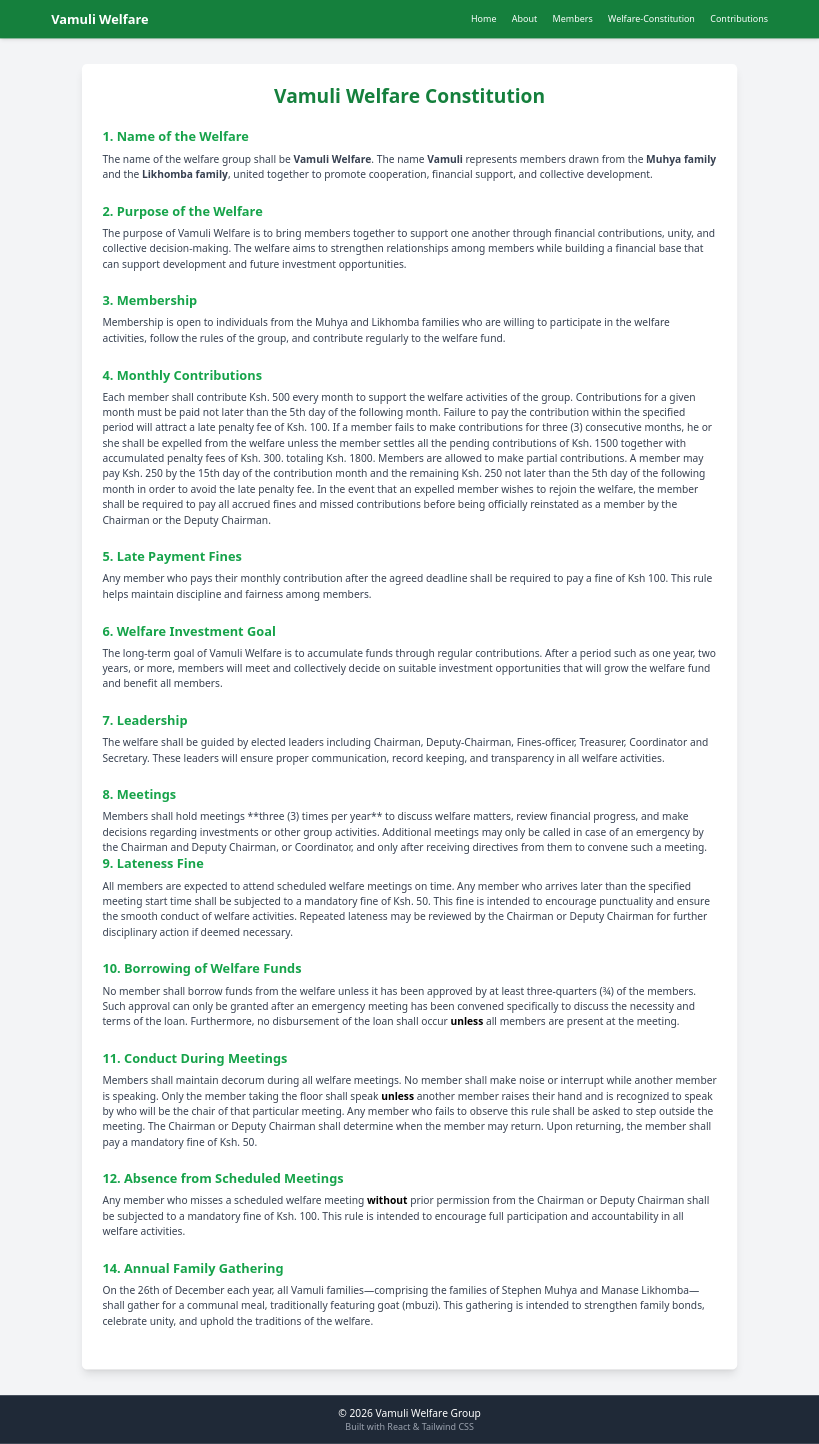
Repository: Engineer-collo/Vamuli-welfare
Page: /constitution
These files come from the project's save history. The page is drawn as it stood at one moment and after the next save; the edit follows.
The browser window is 1280 px wide. The pictures show the whole page, at 64% of full size.
The project was rebuilt for these pictures with package versions that can differ from the ones it lists, and the page was loaded fresh each time. Also part of the build but not shown: vite.config.js, src/pages/contributionsData.js, src/pages/Home.jsx, src/pages/Members.jsx, src/pages/ContributionsTable.jsx, src/pages/About.jsx.

Above is the page before, as saved 2026-03-16 16:24:25.

### index.html
<!doctype html>
<html lang="en">
  <head>
    <meta charset="UTF-8" />
    <link rel="icon" type="image/svg+xml" href="/favicon.svg" />
    <meta name="viewport" content="width=device-width, initial-scale=1.0" />
    <title>vamuli-welfare</title>
  </head>
  <body>
    <div id="root"></div>
    <script type="module" src="/src/main.jsx"></script>
  </body>
</html>

### src/App.jsx
import { BrowserRouter as Router, Routes, Route } from "react-router-dom";

import Navbar from "./components/Navbar";
import Footer from "./components/Footer";

import Home from "./pages/Home";
import Members from "./pages/Members";
import ContributionsTable from "./pages/ContributionsTable";
import WelfareConstituion from "./pages/WelfareConstituion";
import About from "./pages/About";

function App() {
  return (
    <Router>
      <div className="bg-gray-100 min-h-screen">

        <Navbar />

        <Routes>
          <Route path="/" element={<Home />} />
          <Route path="/members" element={<Members />} />
          <Route path="/contributions" element={<ContributionsTable />} />
          <Route path="/about" element={<About />} />
          <Route path="/constitution" element={<WelfareConstituion/>} />

        </Routes>

        <Footer />

      </div>
    </Router>
  );
}

export default App;

### src/components/Navbar.jsx
import { Link } from "react-router-dom";

function Navbar() {
  return (
    <nav className="bg-green-700 text-white shadow-md">
      <div className="max-w-6xl mx-auto flex justify-between items-center p-4">

        <h1 className="text-xl font-bold">
          <Link to="/">Vamuli Welfare</Link>
        </h1>

        <ul className="flex gap-6 text-sm">
          <li>
            <Link to="/" className="hover:text-gray-200">Home</Link>
          </li>

          <li>
            <Link to="/about" className="hover:text-gray-200">About</Link>
          </li>

          <li>
            <Link to="/members" className="hover:text-gray-200">Members</Link>
          </li>

          <li>
            <Link to="/constitution" className="hover:text-gray-200">Welfare-Constitution</Link>
          </li>


          <li>
            <Link to="/contributions" className="hover:text-gray-200">Contributions</Link>
          </li>



        </ul>

      </div>
    </nav>
  );
}

export default Navbar;

### src/components/Footer.jsx
import React from "react";

function Footer() {
  return (
    <footer className="bg-gray-800 text-white mt-10">
      <div className="max-w-6xl mx-auto text-center p-4">
        <p>© 2026 Vamuli Welfare Group</p>
        <p className="text-sm text-gray-400">
          Built with React & Tailwind CSS
        </p>
      </div>
    </footer>
  );
}

export default Footer;

### src/pages/WelfareConstituion.jsx
import React from "react";

function Constitution() {
  return (
    <div className="max-w-5xl mx-auto mt-10 bg-white shadow-lg rounded-lg p-8">

      <h1 className="text-3xl font-bold text-center text-green-700 mb-8">
        Vamuli Welfare Constitution
      </h1>

      {/* Introduction */}

      <section className="mb-8">
        <h2 className="text-xl font-semibold text-green-600 mb-2">
          1. Name of the Welfare
        </h2>

        <p className="text-gray-700">
          The name of the welfare group shall be <strong>Vamuli Welfare</strong>.
          The name <strong>Vamuli</strong> represents members drawn from the
          <strong> Muhya family </strong> and the <strong>Likhomba family</strong>,
          united together to promote cooperation, financial support, and
          collective development.
        </p>
      </section>

      {/* Purpose */}

      <section className="mb-8">
        <h2 className="text-xl font-semibold text-green-600 mb-2">
          2. Purpose of the Welfare
        </h2>

        <p className="text-gray-700">
          The purpose of Vamuli Welfare is to bring members together to support
          one another through financial contributions, unity, and collective
          decision-making. The welfare aims to strengthen relationships among
          members while building a financial base that can support development
          and future investment opportunities.
        </p>
      </section>

      {/* Membership */}

      <section className="mb-8">
        <h2 className="text-xl font-semibold text-green-600 mb-2">
          3. Membership
        </h2>

        <p className="text-gray-700">
          Membership is open to individuals from the Muhya and Likhomba
          families who are willing to participate in the welfare activities,
          follow the rules of the group, and contribute regularly to the
          welfare fund.
        </p>
      </section>

      {/* Contributions */}

      <section className="mb-8">
  <h2 className="text-xl font-semibold text-green-600 mb-2">
    4. Monthly Contributions
  </h2>

  <p className="text-gray-700">
    Each member shall contribute Ksh. 500 every month to support the welfare
    activities of the group. Contributions for a given month must be paid not
    later than the 5th day of the following month.

    Failure to pay the contribution within the specified period will attract a
    late penalty fee of Ksh. 100.

    If a member fails to make contributions for three (3) consecutive months,
    he or she shall be expelled from the welfare unless the member settles all
    the pending contributions of Ksh. 1500 together with accumulated penalty fees of
    Ksh. 300. totaling Ksh. 1800.

    Members are allowed to make partial contributions. A member may pay
    Ksh. 250 by the 15th day of the contribution month and the remaining
    Ksh. 250 not later than the 5th day of the following month in order to
    avoid the late penalty fee.

    In the event that an expelled member wishes to rejoin the welfare, the
    member shall be required to pay all accrued fines and missed
    contributions before being officially reinstated as a member by the
    Chairman or the Deputy Chairman.
  </p>
</section>
      {/* Fines */}

      <section className="mb-8">
        <h2 className="text-xl font-semibold text-green-600 mb-2">
          5. Late Payment Fines
        </h2>

        <p className="text-gray-700">
          Any member who pays their monthly contribution after the agreed
          deadline shall be required to pay a fine of Ksh 100. This rule helps
          maintain discipline and fairness among members.
        </p>
      </section>

      {/* Investment */}

      <section className="mb-8">
        <h2 className="text-xl font-semibold text-green-600 mb-2">
          6. Welfare Investment Goal
        </h2>

        <p className="text-gray-700">
          The long-term goal of Vamuli Welfare is to accumulate funds through
          regular contributions. After a period such as one year, two years, or
          more, members will meet and collectively decide on suitable
          investment opportunities that will grow the welfare fund and benefit
          all members.
        </p>
      </section>

      {/* Leadership */}

      <section className="mb-8">
        <h2 className="text-xl font-semibold text-green-600 mb-2">
          7. Leadership
        </h2>

        <p className="text-gray-700">
          The welfare shall be guided by elected leaders including Chairman, Deputy-Chairman, Fines-officer, Treasurer,
          Coordinator and  Secretary. These leaders will ensure proper
          communication, record keeping, and transparency in all welfare
          activities.
        </p>
      </section>

      {/* Meetings */}

      <section>

  <h2 className="text-xl font-semibold text-green-600 mb-2">

    8. Meetings
  </h2>

  <p className="text-gray-700">
    Members shall hold meetings **three (3) times per year** to discuss welfare
    matters, review financial progress, and make decisions regarding
    investments or other group activities.

    Additional meetings may only be called in case of an emergency by the
    Chairman and Deputy Chairman, or Coordinator, and only after receiving
    directives from them to convene such a meeting.
  </p>
</section>

      {/* lateness */}

      <section className="mb-8">

  <h2 className="text-xl font-semibold text-green-600 mb-2">
    9. Lateness Fine
  </h2>

  <p className="text-gray-700">
    All members are expected to attend scheduled welfare meetings on time.
    Any member who arrives later than the specified meeting start time shall
    be subjected to a mandatory fine of Ksh. 50.

    This fine is intended to encourage punctuality and ensure the smooth
    conduct of welfare activities. Repeated lateness may be reviewed by the
    Chairman or Deputy Chairman for further disciplinary action if deemed
    necessary.
  </p>
</section>

<section className="mb-8">
  <h2 className="text-xl font-semibold text-green-600 mb-2">
    10. Borrowing of Welfare Funds
  </h2>

  <p className="text-gray-700">
    No member shall borrow funds from the welfare unless it has been approved
    by at least three-quarters (¾) of the members. Such approval can only be
    granted after an emergency meeting has been convened specifically to
    discuss the necessity and terms of the loan.

    Furthermore, no disbursement of the loan shall occur <span className="font-semibold text-black">unless</span> all members
    are present at the meeting.
  </p>
</section>

<section className="mb-8">
  <h2 className="text-xl font-semibold text-green-600 mb-2">
    11. Conduct During Meetings
  </h2>

  <p className="text-gray-700">
    Members shall maintain decorum during all welfare meetings. No member
    shall make noise or interrupt while another member is speaking. Only the
    member taking the floor shall speak <span className="font-semibold text-black">unless</span> another member raises their hand and is
    recognized to speak by who will be the chair of that particular meeting.

    Any member who fails to observe this rule shall be asked to step outside
    the meeting. The Chairman or Deputy Chairman shall determine when the
    member may return. Upon returning, the member shall pay a mandatory fine
    of Ksh. 50.
  </p>
</section>

<section className="mb-8">
  <h2 className="text-xl font-semibold text-green-600 mb-2">
    12. Absence from Scheduled Meetings
  </h2>

  <p className="text-gray-700">
    Any member who misses a scheduled welfare meeting <span className="font-semibold text-black">without</span> prior permission
    from the Chairman or Deputy Chairman shall be subjected to a mandatory
    fine of Ksh. 100.

    This rule is intended to encourage full participation and accountability
    in all welfare activities.
  </p>
</section>

<section className="mb-8">
  <h2 className="text-xl font-semibold text-green-600 mb-2">
    14. Annual Family Gathering
  </h2>

  <p className="text-gray-700">
    On the 26th of December each year, all Vamuli families—comprising the
    families of Stephen Muhya and Manase Likhomba—shall gather for a
    communal meal, traditionally featuring goat (mbuzi).

    This gathering is intended to strengthen family bonds, celebrate unity,
    and uphold the traditions of the welfare.
  </p>
</section>
    </div>
  );
}

export default Constitution;

### tailwind.config.js
/** @type {import('tailwindcss').Config} */
module.exports = {
  content: [
    "./index.html",
    "./src/**/*.{js,jsx}"
  ],
  theme: {
    extend: {},
  },
  plugins: [],
};

Loaded but not shown: src/main.jsx (common file); src/index.css (common file)

After the next save:
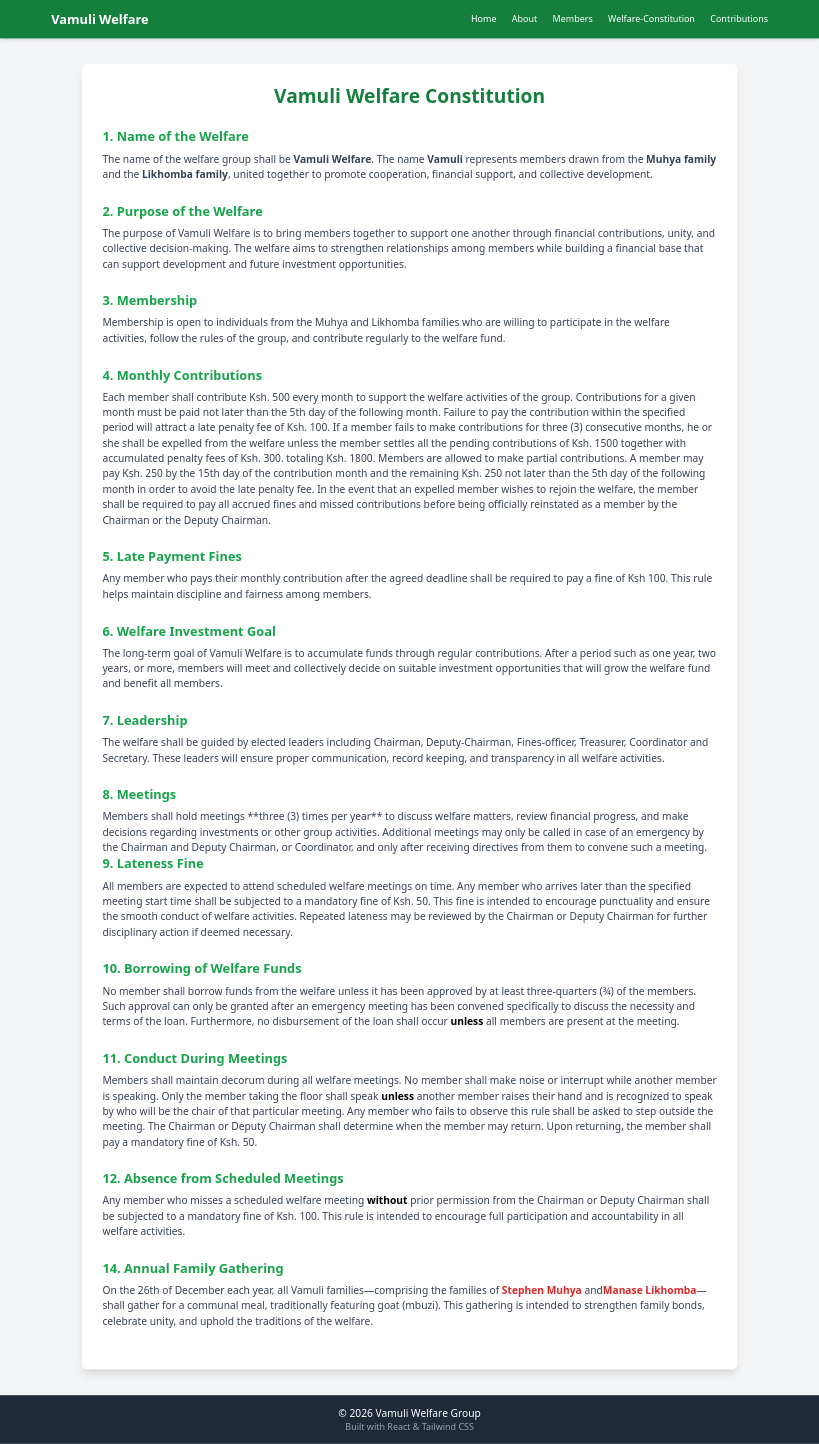
Saved 92 s later.
--- a/src/pages/WelfareConstituion.jsx
+++ b/src/pages/WelfareConstituion.jsx
@@ -227,14 +227,14 @@ function Constitution() {
 
   <p className="text-gray-700">
     On the 26th of December each year, all Vamuli families—comprising the
-    families of Stephen Muhya and Manase Likhomba—shall gather for a
+    families of <span className="font-semibold text-red-600">Stephen Muhya</span> and
+    <span className="font-semibold text-red-600">Manase Likhomba</span>—shall gather for a
     communal meal, traditionally featuring goat (mbuzi).
 
     This gathering is intended to strengthen family bonds, celebrate unity,
     and uphold the traditions of the welfare.
   </p>
-</section>
-    </div>
+</section>    </div>
   );
 }
 
